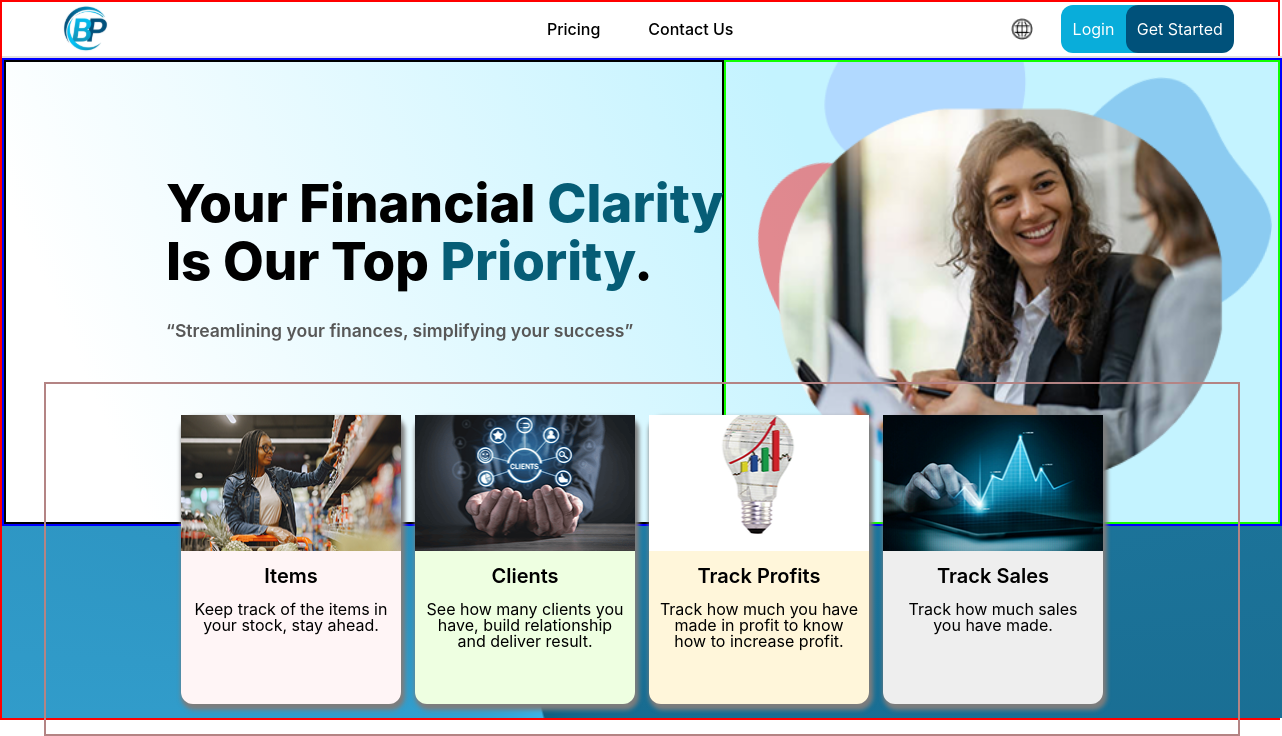
Repository: dark-txch/Bizpadi
Page: /
The author's editor kept a copy of each file at every save. The page is drawn from the files as they stood at one save, then again after a run of saves.
The browser window is 1280 px wide. The page is 1282 px wide, so the pictures cover 1282 px, including what lies to the right of the window. The pictures show the whole page.
The project was rebuilt for these pictures with package versions that can differ from the ones it lists, and the page was loaded fresh each time. Also part of the build but not shown: vite.config.js, src/components/ErrorBoundary.jsx, src/components/LandingPage/PricingPage/Pricing.jsx, src/components/LandingPage/LogInPage/LogIn.jsx.

Above is the page before, as saved 2025-04-07 10:12:01.

### index.html
<!DOCTYPE html>
<html lang="en">
	<head>
		<meta charset="UTF-8" />
		<link rel="icon" type="image/svg+xml" href="/public/logo.svg" />
		<meta name="viewport" content="width=device-width, initial-scale=1.0" />
		<title>Bizpadi</title>
	</head>
	<body>
		<div id="root"></div>
		<script type="module" src="/src/main.jsx"></script>
	</body>
</html>

### src/index.css
:root {
	font-family: system-ui, Avenir, Helvetica, Arial, sans-serif;
	line-height: 1.5;
	font-weight: 400;

	color-scheme: light dark;
	color: black;
	background-color: white;

	font-synthesis: none;
	text-rendering: optimizeLegibility;
	-webkit-font-smoothing: antialiased;
	-moz-osx-font-smoothing: grayscale;
}

* {
	box-sizing: border-box;
	padding: 0;
	margin: 0;
	outline: none;
	border: none;
}

body {
	height: 100vh;
	width: 100vw;

	font-family: "inter", sans-serif;
}

a {
	text-decoration: none;
}

### src/App.jsx
import "./App.css";
import { BrowserRouter as Router, Routes, Route } from "react-router-dom";
import ErrorBoundary from "./components/ErrorBoundary";
// Upper imports are very important
import Nav from "./components/LandingPage/Nav";
import PricingPage from "./components/LandingPage/PricingPage/Pricing";
import LogInPage from "./components/LandingPage/LogInPage/LogIn";
import MidSection from "./components/LandingPage/MidSection";
import Footer from "./components/LandingPage/Footer";

function LandingPage() {
	return (
		<>
			<div className="landingPageContainer">
				<Nav />
				<MidSection />
				<Footer />
			</div>
		</>
	);
}

function App() {
	return (
		<Router>
			<Routes>
				<Route path="/" element={<LandingPage />} />
				<Route path="/pricing" element={<PricingPage />} />
				<Route path="/login" element={<LogInPage />} />
			</Routes>
		</Router>
	);
}

export default App;

### src/App.css
/*  LANDING PAGE/Main container */

@font-face {
	font-family: "MyCustomFont";
	src: url("/fonts/Inter/Inter-Italic-VariableFont_opsz,wght.ttf")
			format("truetype"),
		url("/fonts/Inter/Inter-VariableFont_opsz,wght.ttf") format("truetype");
	font-weight: normal;
	font-style: normal;
}
/* ------------------------------------------------------------------------------- */
/* THIS IS THE LANDING PAGE CONTAINER */
.landingPageContainer {
	width: 100vw;
	height: 100vh;
	font-family: "Inter", sans-serif;
	display: grid;
	/* grid-template-rows: 3.5rem 2fr 1fr; */
	grid-template-rows: 3.5rem 1fr 12rem;

	border: 2px solid red;
}

/* ------------------------------------------------------------------------------------ */
/*  THIS IS THE NAV CONTAINER */
.homepage-nav {
	width: 100%;
	display: flex;
	padding: 0 3rem 0;
	font-size: 1rem;
	align-items: center;
	justify-content: space-between;
	border-bottom: 2px solid #e1dfdf;
}
/*  THIS IS THE NAV CONTAINER CHILDREN */
.homepage-nav .logo {
	/* THIS IS THE LOGO CONTAINER */
	display: flex;
	flex: 1;
	align-self: center;
	height: inherit;
}
.homepage-nav .logo img {
	/* THIS IS THE LOGO IMG */
	height: 100%;
	width: auto;
}

.homepage-nav .pricingContact {
	/* THIS IS THE PRICING AND CONTACT US CONTAINER */
	display: flex;
	flex: 3;
	justify-content: center;
	gap: 3rem;
	font-weight: 500;
	line-height: 100%;
	letter-spacing: 0%;
}
.homepage-nav .pricingContact a {
	color: black;
	cursor: pointer;
}

.homepage-nav .loginGetStarted {
	/*THIS IS THE LOGIN AND GET STARTED CONTAINER*/
	height: 3rem;
	display: flex;
	flex: 1;
	justify-content: end;
	align-items: center;
	gap: 0.7rem;
	color: white;
	border-radius: 12px;
}
.homepage-nav .loginGetStarted img {
	/* THIS IS THE LOGIN AND GET STARTED IMAGE */
	height: 1.5rem;
	transform: translate(1rem, 0);
}
.homepage-nav .loginGetStarted a:nth-of-type(1) {
	/* THIS IS THE LOGIN BUTTON */
	background-color: #09adda;
	color: inherit;
	height: inherit;
	border-radius: inherit;
	display: flex;
	align-items: center;
	padding: 0 2rem 0 0.7rem;
	transform: translate(2rem, 0);
}

.homepage-nav .loginGetStarted a:nth-of-type(2) {
	/* THIS IS THE GET STARTED BUTTON*/
	background-color: #00517a;
	display: flex;
	align-items: center;
	white-space: nowrap;
	color: inherit;
	height: inherit;
	border-radius: inherit;
	padding: 0 0.7rem;
	position: relative;
	z-index: 2;
}

/* MIDSECTION -------------------------------------------------------------------------------*/
/* THIS IS THE MIDSECTION THAT HOUSES THE HEADER AND PARAGRAPH */
.midSection {
	display: flex;
	justify-content: center;
	/* align-items: center; */
	width: 100%;
	background: linear-gradient(246.72deg, #c4f3ff 34.96%, #ffffff 90.24%);

	border: 2px solid rgb(0, 0, 255);
}
.landingPageMotto {
	/* THIS IS THE CONTAINER FOR THE HEADER AND PARAGRAPH */
	padding: 3rem;
	/* max-width: 40rem; */
	max-width: 45rem;
	width: 100%;
	flex: 0 0 auto;
	white-space: nowrap;
	/* transform: translate(8rem, 0); */

	border: 2px solid black;
}
.landingPageMotto > h1 {
	font-weight: 800;
	font-size: 3.3rem;
	line-height: 110%;
	text-transform: capitalize;
	margin: 4rem 7rem 2rem;
}
.landingPageMotto > h1 span {
	color: #065d76;
}
.landingPageMotto > p {
	font-weight: 600;
	font-size: 1.1rem;
	line-height: 100%;
	letter-spacing: 0%;
	margin-left: 7rem;
	color: #575757;
}

.landingPageImages {
	/* THIS IS THE LANDING PAGE IMAGES CONTAINER*/
	flex: 1; /* grow to take remaining space */
	height: 100%;
	display: flex;
	justify-content: center;
	/* align-items: center; */
	/* padding: 3rem; */
	overflow: hidden;
	position: relative; /* so children can be absolutely positioned */

	border: 2px solid rgb(17, 255, 0);
}

.landingPageImages > img {
	/* border: 2px solid green; */
	position: absolute;
	margin-top: 2.8rem;
}

.landingPageImages > img:nth-of-type(1) {
	/* MAIN SMILEY IMAGE */
	border-radius: 150px;
	width: 28rem;
	z-index: 100;
	/* border: 2px solid green; */
}

.landingPageImages > img:nth-of-type(2) {
	/* THIS IS THE BLACK VECTOR */
	width: 175.07px;
	height: 184.4px;
	transform: translate(5rem, 6.5rem);

	/* border: 2px solid green; */
}

.landingPageImages > img:nth-of-type(3) {
	/* EGG ROUND LIGHT BLUE VECTOR */
	width: 12.6rem;
	height: 11rem;
	opacity: 0.63;
	transform: translate(-4.8rem, -6rem);

	/* border: 2px solid green; */
}

.landingPageImages > img:nth-of-type(4) {
	/* DARK ORANGE VECTOR*/
	/* height: 153px; */
	height: 14rem;
	width: 152px;
	transform: translate(-10rem, 3.3rem) rotate(-15deg);

	/* border: 2px solid green; */
}

.landingPageImages > img:nth-of-type(5) {
	/* BLUE VECTOR TOP RIGHT*/
	width: 14rem;
	height: 15rem;
	transform: translate(10rem, -1.8rem) rotate(6deg);

	/* border: 2px solid green; */
}

/* FOOTER---------------------------------------------------------------------------------------------- */
/* This is the footer section/container that houses the feature container */
.footer {
	width: 100vw;
	display: flex;
	justify-content: center;
	/* flex: 1; */
	background: conic-gradient(
		from 164.13deg at 41.58% 79.97%,
		#115e80 0deg,
		#3db3e6 3.6deg,
		#115e80 360deg
	);
}

.footer > section {
	width: 1196px;
	height: 354px;
	display: flex;
	justify-content: center;
	align-items: center;
	gap: 14px;
	position: absolute;
	/* top: 400px; */
	transform: translate(0, -9rem);
	z-index: 999;

	border: 2px solid rgb(180, 132, 132);
}

/* This is the container that houses all the features in the footer */
.featuresContainer {
	width: 220px;
	height: 289px;
	border-radius: 12px;
	text-align: center;
	letter-spacing: 0%;
	box-shadow: 2px 4px 4px 2px #7d7d7d;
}

.featuresContainer h1 {
	font-weight: 600;
	font-size: 20px;
	line-height: 100%;
	margin-bottom: 15px;
}

.featuresContainer p {
	font-weight: 400;
	font-size: 16px;
	line-height: 100%;
	padding: 0 10px 0;
}

/* This is the general image container for the featuresContainer */
.imageContainer {
	height: 136px;
	width: 100%;
	margin-bottom: 15px;
}

/* General styling for the images in the imageContainer */
.imageContainer img {
	width: 100%;
	height: 100%;
}

/* Added colors to the backgrounds of the footer featuresContainer individually */
.items {
	background-color: #fff5f6;
}
.clients {
	background-color: #eeffe1;
}
.trackProfits {
	background-color: #fff6da;
}
.trackSales {
	background-color: #eeeeee;
}

### src/components/LandingPage/Nav.jsx
import { Link } from "react-router-dom";

export default function Nav() {
	return (
		<>
			{/* THIS IS THE NAV CONTAINER */}
			<nav className="homepage-nav">
				{/* THIS IS THE LOGO CONTAINER */}
				<div className="logo">
					<img src="/assets/icons/logo.svg" alt="Bizpadi icon" />
				</div>

				{/* THIS IS THE PRICING AND CONTACT US CONTAINER */}
				<div className="pricingContact">
					<Link to="/pricing">Pricing</Link>
					<a href="#">Contact Us</a>
				</div>

				{/* THIS IS THE LOGIN AND GET STARTED CONTAINER*/}
				<div className="loginGetStarted">
					<img src="/assets/icons/world.png" alt="world" />
					<Link to="/login">Login</Link>
					<a href="#">Get Started</a>
				</div>
			</nav>
		</>
	);
}

### src/components/LandingPage/MidSection.jsx
export default function MidSection() {
	return (
		<section className="midSection">
			<div className="landingPageMotto">
				<h1>
					Your financial{" "}
					<span>
						clarity <br />
					</span>
					is our top <span>priority</span>.
				</h1>
				<p>“Streamlining your finances, simplifying your success”</p>
			</div>

			{/* This is the images section in the mid section */}
			<div className="landingPageImages">
				<img src="/assets/images/smiley.png" alt="smiley" />
				<img src="/assets/images/Vector-black.png" alt="vector-black" />
				<img src="/assets/images/Vector-blue.png" alt="vector-blue" />
				<img src="/assets/images/Vector-orange.png" alt="vector-orange" />
				<img src="/assets/images/Vector.png" alt="vector" />
			</div>
		</section>
	);
}

### src/components/LandingPage/Footer.jsx
export default function Footer() {
	return (
		<div className="footer">
			{/* The section container is the parent to the features */}
			<section>
				<div className="featuresContainer items">
					{/* The feautureOntainer class is given to all the divs housing the features */}
					<div className="imageContainer">
						<img src="/public/assets/images/client-1.png" alt="client-1" />
					</div>
					<h1>Items</h1>
					<p>Keep track of the items in your stock, stay ahead.</p>
				</div>

				<div className="featuresContainer clients">
					<div className="imageContainer">
						<img src="/public/assets/images/client-2.png" alt="client-2" />
					</div>
					<h1>Clients</h1>
					<p>
						See how many clients you have, build relationship and deliver
						result.
					</p>
				</div>

				<div className="featuresContainer trackProfits">
					<div className="imageContainer">
						<img
							src="/public/assets/images/track-profit.png"
							alt="track-profit"
						/>
					</div>
					<h1>Track Profits</h1>
					<p>
						Track how much you have made in profit to know how to increase
						profit.
					</p>
				</div>

				<div className="featuresContainer trackSales">
					<div className="imageContainer">
						<img
							src="../../../public/assets/images/track-sales.png"
							alt="track-sales"
						/>
					</div>
					<h1>Track Sales</h1>
					<p>Track how much sales you have made.</p>
				</div>
			</section>
		</div>
	);
}

Loaded but not shown: src/main.jsx (common file)

After the next 2 saves:
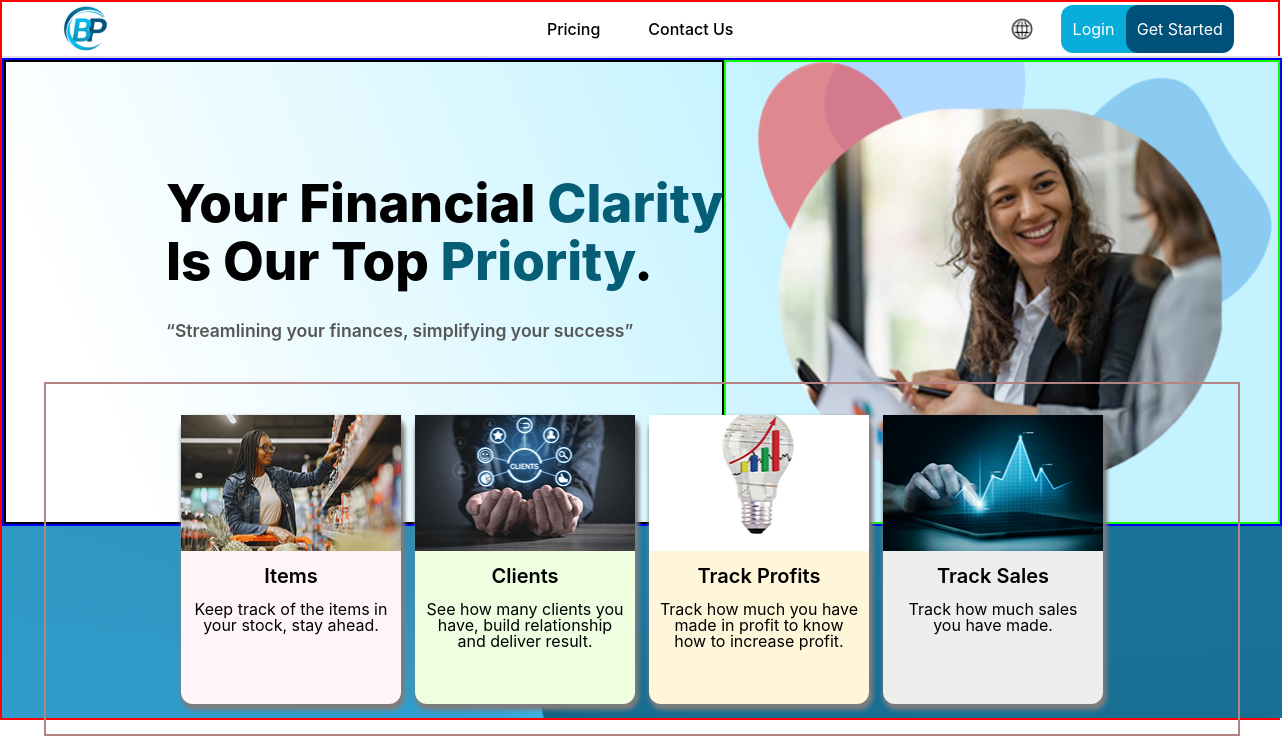
The 2 saves are shown as one change because they came seconds apart.
The last was saved 107 s later.
--- a/src/App.css
+++ b/src/App.css
@@ -197,7 +197,7 @@
 	/* height: 153px; */
 	height: 14rem;
 	width: 152px;
-	transform: translate(-10rem, 3.3rem) rotate(-15deg);
+	transform: translate(-10rem, -3rem) rotate(-15deg);
 
 	/* border: 2px solid green; */
 }
